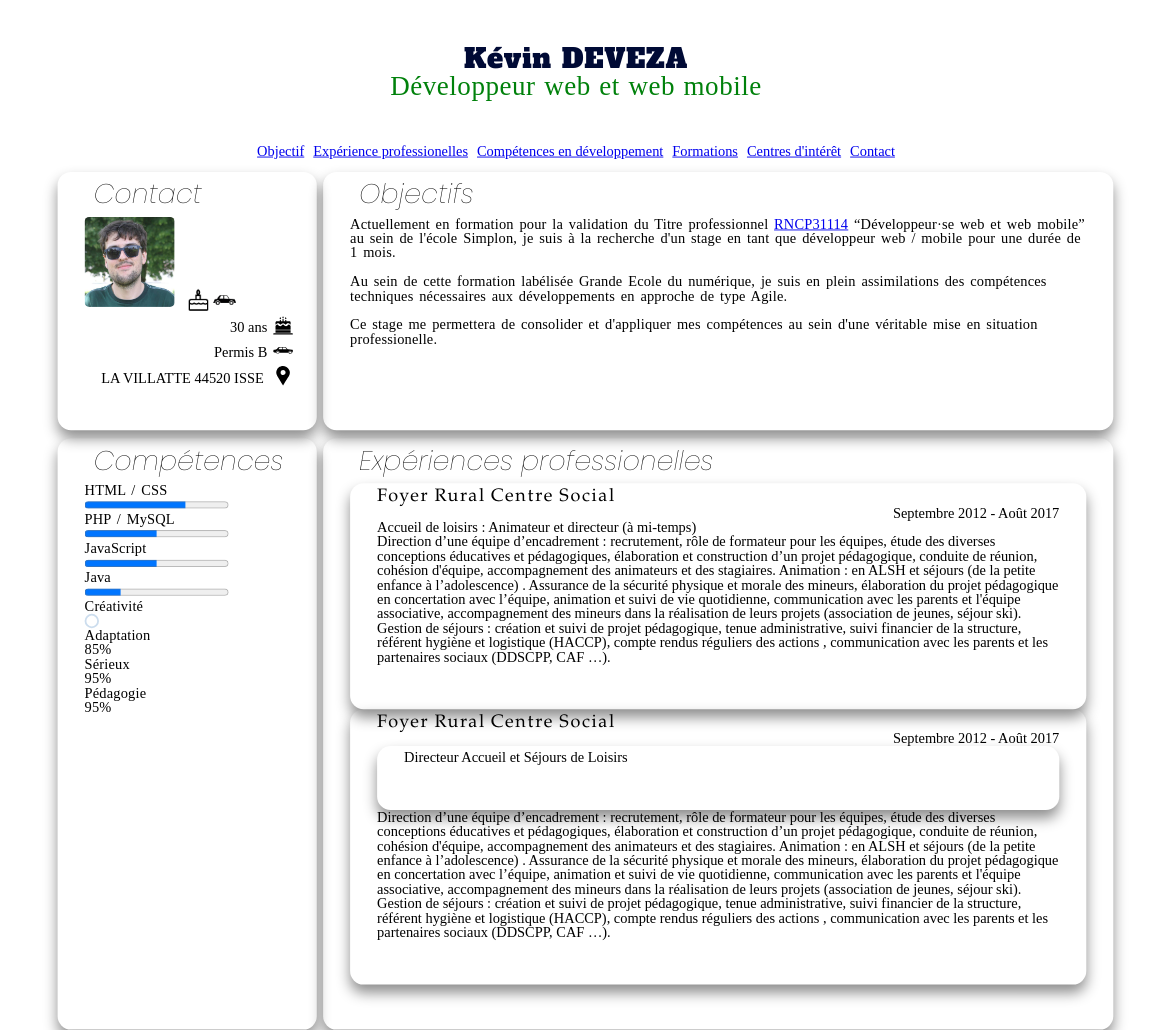
Repository: KevinDvZ/kevindvz.github.io
Page: index.html
These files come from the project's save history. The page is drawn as it stood at one moment and after the next save; the edit follows.
The browser window is 1280 px wide. The pictures show the whole page, at 90% of full size.

Above is the page before, as saved 2020-10-31 15:18:51.

After the next save:
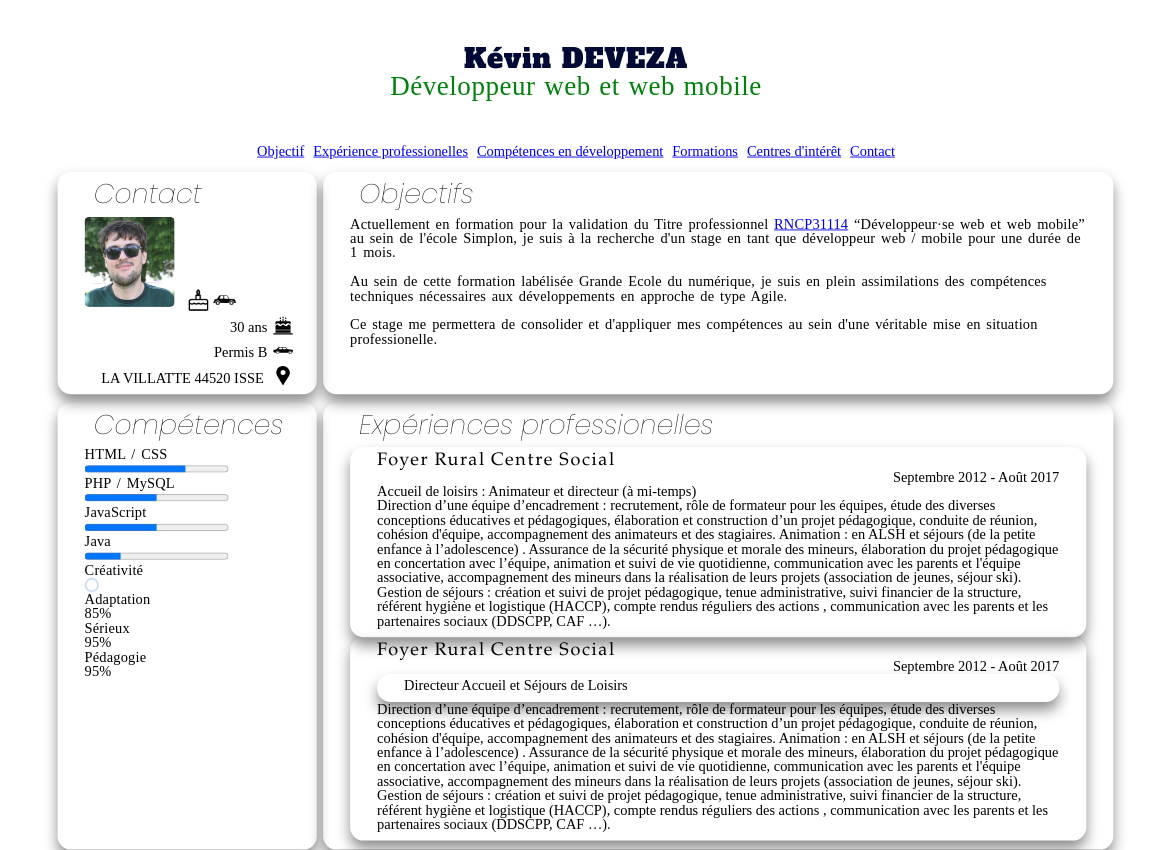
Saved 12 s later.
--- a/css/cv_deveza.css
+++ b/css/cv_deveza.css
@@ -123,7 +123,7 @@ h3 {
 .cadre {
   box-shadow: 0 9px 15px rgba(0, 0, 0, 0.45);
   display: block;
-  padding: 5px 30px 50px 30px;
+  padding: 5px 30px 10px 30px;
   border-radius: 15px;
 }
 
